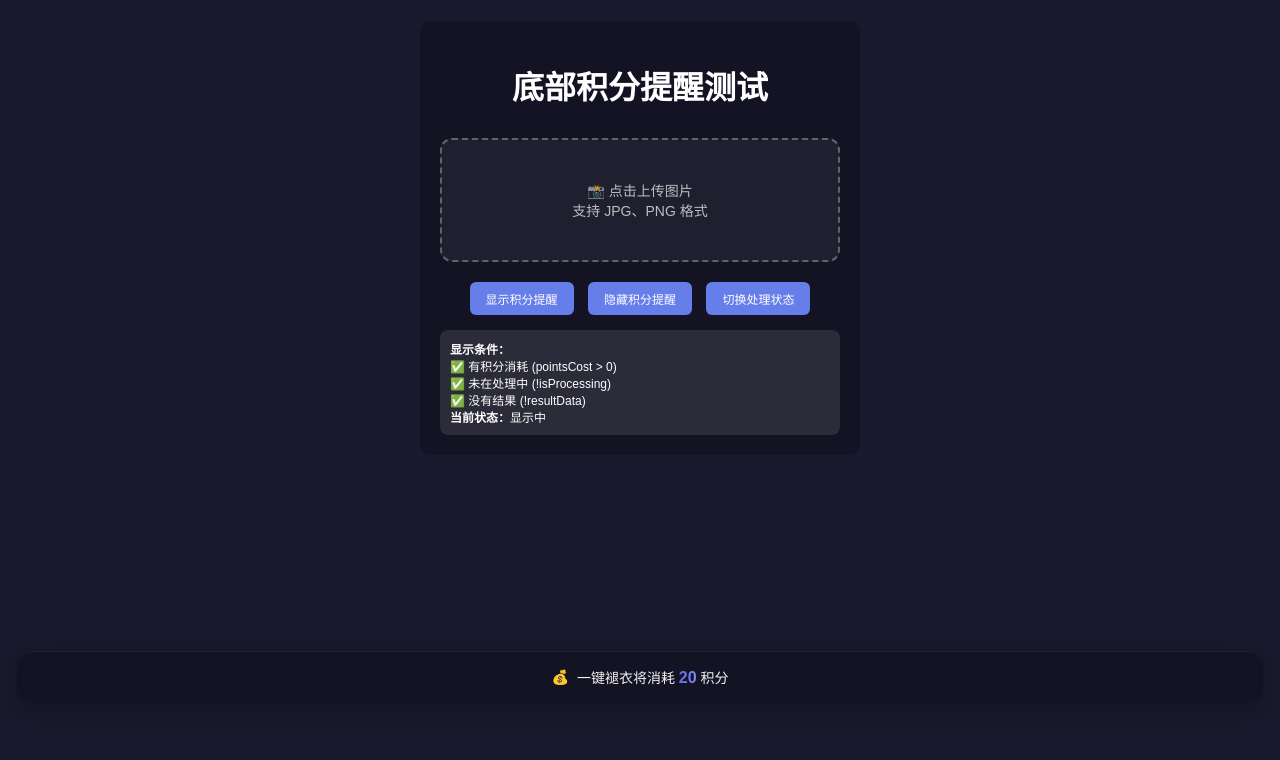
Repository: fooldychi/undress
Page: test-bottom-points-notice.html
An editor plug-in stored every save of this project. The page is shown before and after the next save, followed by the edit.
The browser window is 1280 px wide. The pictures show the whole page.

Above is the page before, as saved 2025-07-26 14:42:53.

### test-bottom-points-notice.html
<!DOCTYPE html>
<html lang="zh-CN">
<head>
    <meta charset="UTF-8">
    <meta name="viewport" content="width=device-width, initial-scale=1.0">
    <title>底部积分提醒测试</title>
    <style>
        body {
            font-family: Arial, sans-serif;
            background: #1a1a2e;
            color: white;
            padding: 20px;
            margin: 0;
            min-height: 100vh;
        }

        .container {
            max-width: 400px;
            margin: 0 auto;
            padding: 20px;
            background: rgba(15, 15, 30, 0.6);
            border-radius: 12px;
            border: 1px solid rgba(30, 30, 60, 0.5);
            margin-bottom: 100px; /* 为底部提醒留空间 */
        }

        h1 {
            text-align: center;
            margin-bottom: 30px;
        }

        .upload-area {
            border: 2px dashed rgba(255, 255, 255, 0.3);
            border-radius: 12px;
            padding: 40px 20px;
            text-align: center;
            margin-bottom: 20px;
            background: rgba(255, 255, 255, 0.05);
        }

        .upload-text {
            color: rgba(255, 255, 255, 0.7);
            font-size: 14px;
        }

        /* 底部固定积分消耗提醒样式 - 圆角提示浮层，与进度条配色一致 */
        .bottom-points-notice {
            position: fixed;
            bottom: 16px;
            left: 16px;
            right: 16px;
            z-index: 1000;
            /* 与进度条配色保持一致 */
            background: rgba(15, 15, 30, 0.6);
            backdrop-filter: blur(20px);
            -webkit-backdrop-filter: blur(20px);
            border: 1px solid rgba(30, 30, 60, 0.3);
            border-radius: 16px;
            padding: 16px;
            box-shadow:
                0 8px 32px rgba(0, 0, 0, 0.2),
                0 4px 16px rgba(0, 0, 0, 0.1),
                inset 0 1px 0 rgba(255, 255, 255, 0.05);
            animation: slideUpIn 0.3s ease-out;
            transition: all 0.3s cubic-bezier(0.4, 0, 0.2, 1);
        }

        .points-notice-content {
            display: flex;
            align-items: center;
            justify-content: center;
            gap: 8px;
            color: rgba(255, 255, 255, 0.95);
            font-size: 14px;
            font-weight: 500;
            text-align: center;
        }

        .points-notice-content strong {
            /* 使用与进度条一致的渐变色 */
            background: linear-gradient(90deg, #6366f1, #818cf8);
            -webkit-background-clip: text;
            -webkit-text-fill-color: transparent;
            background-clip: text;
            font-weight: 600;
            font-size: 16px;
        }

        @keyframes slideUpIn {
            from {
                transform: translateY(100%);
                opacity: 0;
            }
            to {
                transform: translateY(0);
                opacity: 1;
            }
        }

        .demo-controls {
            margin-top: 20px;
            text-align: center;
        }

        .demo-button {
            background: #667eea;
            color: white;
            border: none;
            padding: 8px 16px;
            border-radius: 6px;
            margin: 0 5px;
            cursor: pointer;
            font-size: 12px;
        }

        .demo-button:hover {
            background: #5a6fd8;
        }

        .status-info {
            background: rgba(255, 255, 255, 0.1);
            padding: 10px;
            border-radius: 8px;
            margin-top: 15px;
            font-size: 12px;
        }
    </style>
</head>
<body>
    <div class="container">
        <h1>底部积分提醒测试</h1>

        <div class="upload-area">
            <div class="upload-text">
                📸 点击上传图片<br>
                支持 JPG、PNG 格式
            </div>
        </div>

        <div class="demo-controls">
            <button class="demo-button" onclick="showNotice()">显示积分提醒</button>
            <button class="demo-button" onclick="hideNotice()">隐藏积分提醒</button>
            <button class="demo-button" onclick="toggleProcessing()">切换处理状态</button>
        </div>

        <div class="status-info">
            <div><strong>显示条件：</strong></div>
            <div>✅ 有积分消耗 (pointsCost > 0)</div>
            <div>✅ 未在处理中 (!isProcessing)</div>
            <div>✅ 没有结果 (!resultData)</div>
            <div><strong>当前状态：</strong><span id="currentStatus">显示中</span></div>
        </div>
    </div>

    <!-- 底部积分提醒 -->
    <div id="bottomNotice" class="bottom-points-notice">
        <div class="points-notice-content">
            <span style="color: #FFD700;">💰</span>
            <span>一键褪衣将消耗 <strong>20</strong> 积分</span>
        </div>
    </div>

    <script>
        let isProcessing = false;
        let hasResult = false;

        function showNotice() {
            document.getElementById('bottomNotice').style.display = 'block';
            updateStatus();
        }

        function hideNotice() {
            document.getElementById('bottomNotice').style.display = 'none';
            updateStatus();
        }

        function toggleProcessing() {
            isProcessing = !isProcessing;
            if (isProcessing) {
                hideNotice();
                document.getElementById('currentStatus').textContent = '处理中 - 隐藏';
            } else {
                showNotice();
                document.getElementById('currentStatus').textContent = '未处理 - 显示';
            }
        }

        function updateStatus() {
            const notice = document.getElementById('bottomNotice');
            const isVisible = notice.style.display !== 'none';
            document.getElementById('currentStatus').textContent = isVisible ? '显示中' : '隐藏中';
        }

        // 初始状态
        updateStatus();
    </script>
</body>
</html>

After the next save:
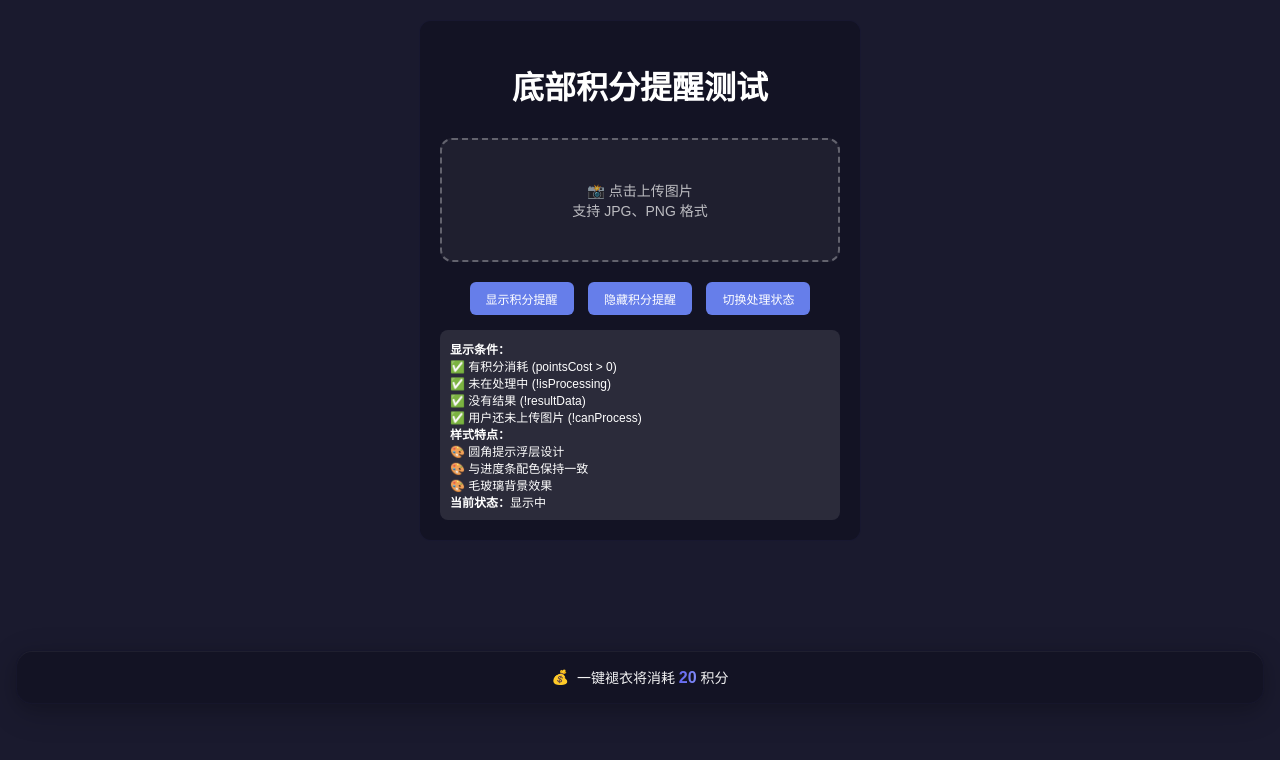
Saved 16 s later.
--- a/test-bottom-points-notice.html
+++ b/test-bottom-points-notice.html
@@ -148,6 +148,11 @@
             <div>✅ 有积分消耗 (pointsCost > 0)</div>
             <div>✅ 未在处理中 (!isProcessing)</div>
             <div>✅ 没有结果 (!resultData)</div>
+            <div>✅ 用户还未上传图片 (!canProcess)</div>
+            <div><strong>样式特点：</strong></div>
+            <div>🎨 圆角提示浮层设计</div>
+            <div>🎨 与进度条配色保持一致</div>
+            <div>🎨 毛玻璃背景效果</div>
             <div><strong>当前状态：</strong><span id="currentStatus">显示中</span></div>
         </div>
     </div>
